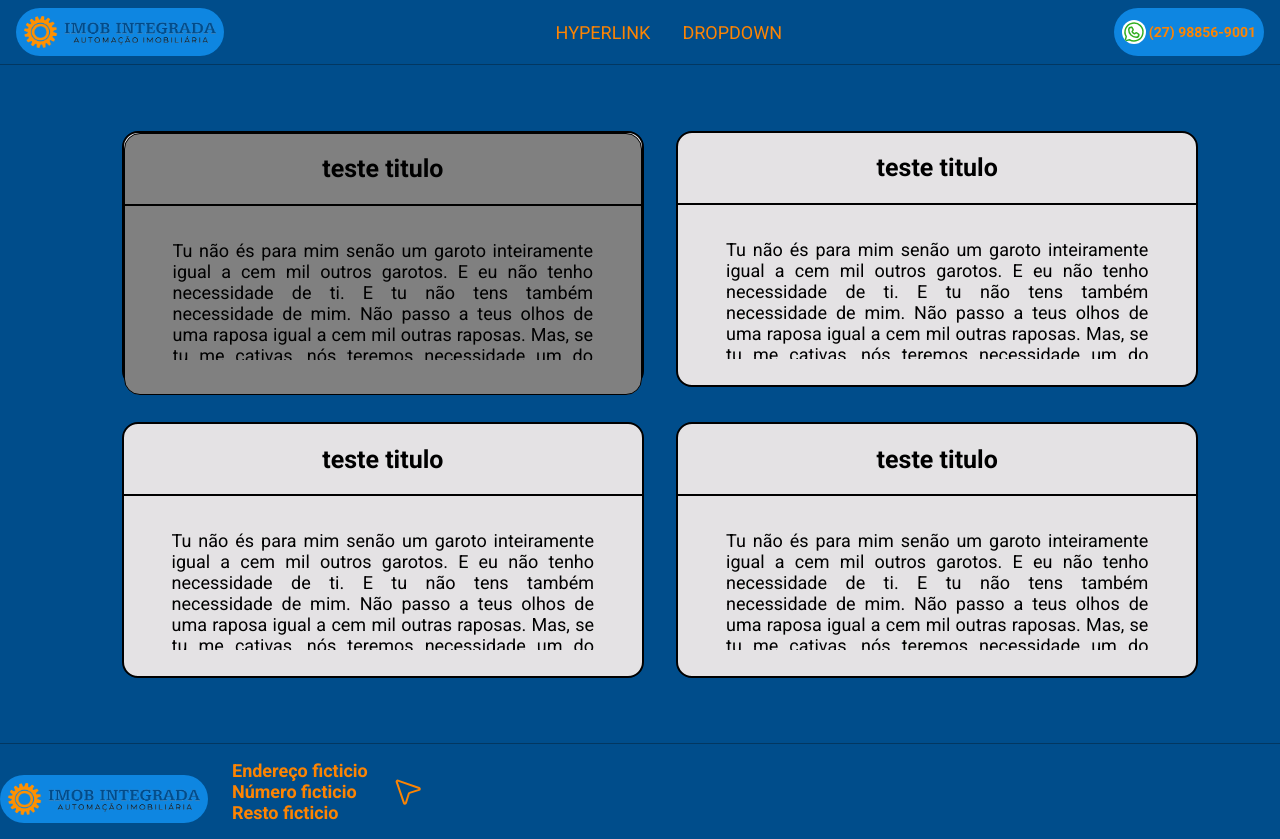
Repository: K0slov/testeAPI
Page: /
The author's editor kept a copy of each file at every save. The page is drawn from the files as they stood at one save, then again after the next save.
The browser window is 1280 px wide. The pictures show the whole page.
The pointer rests on the first visible `.click`.
The project was rebuilt for these pictures with package versions that can differ from the ones it lists, and the page was loaded fresh each time. Also part of the build but not shown: vite.config.ts.

Above is the page before, as saved 2022-06-27 21:03:18.

After the next save:
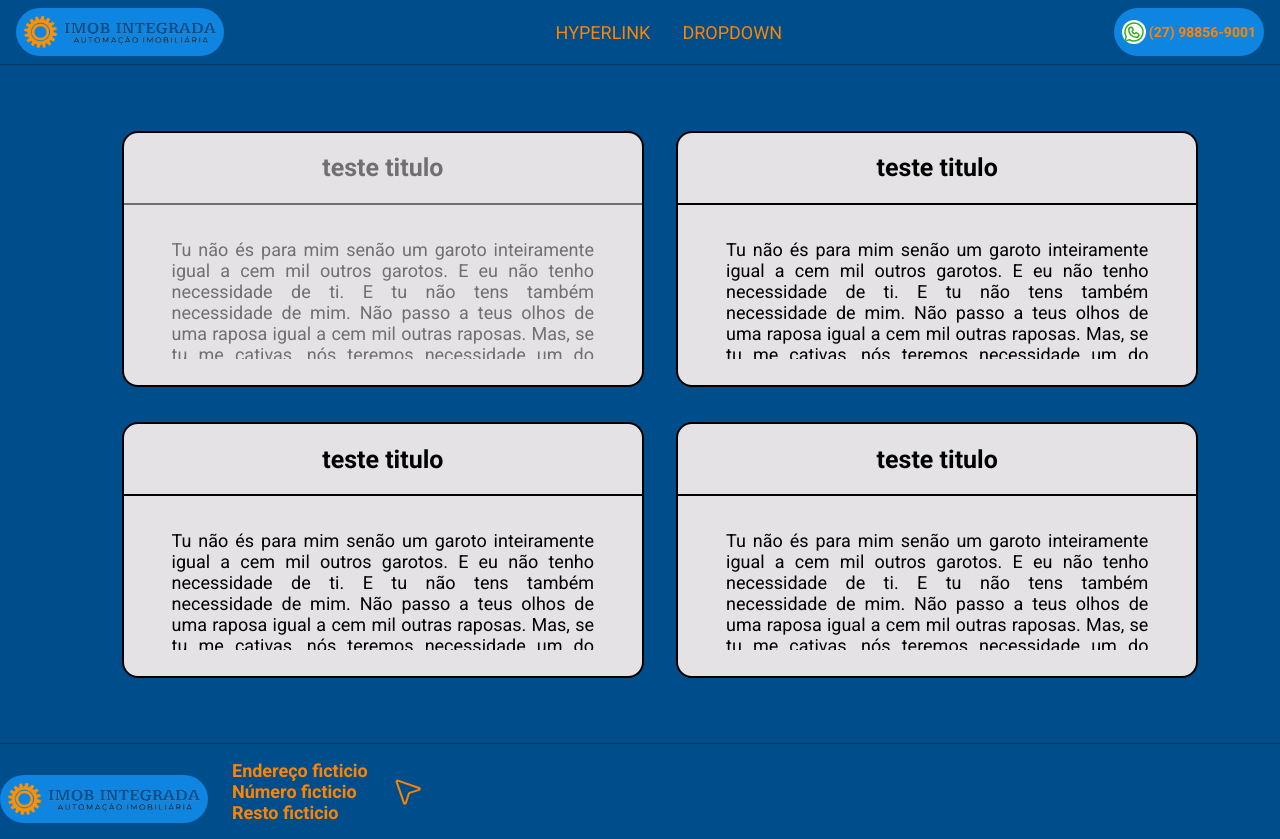
Saved 26 s later.
--- a/src/components/Card/style.css
+++ b/src/components/Card/style.css
@@ -46,9 +46,6 @@ h2 {
     text-decoration: none;
 }
 .click:hover {
-    background: gray;
+    opacity: 50%;
     transition-color: 150ms;
-    border: 1px solid;
-    border-color: #000;
-    border-radius: 1rem;
 }
